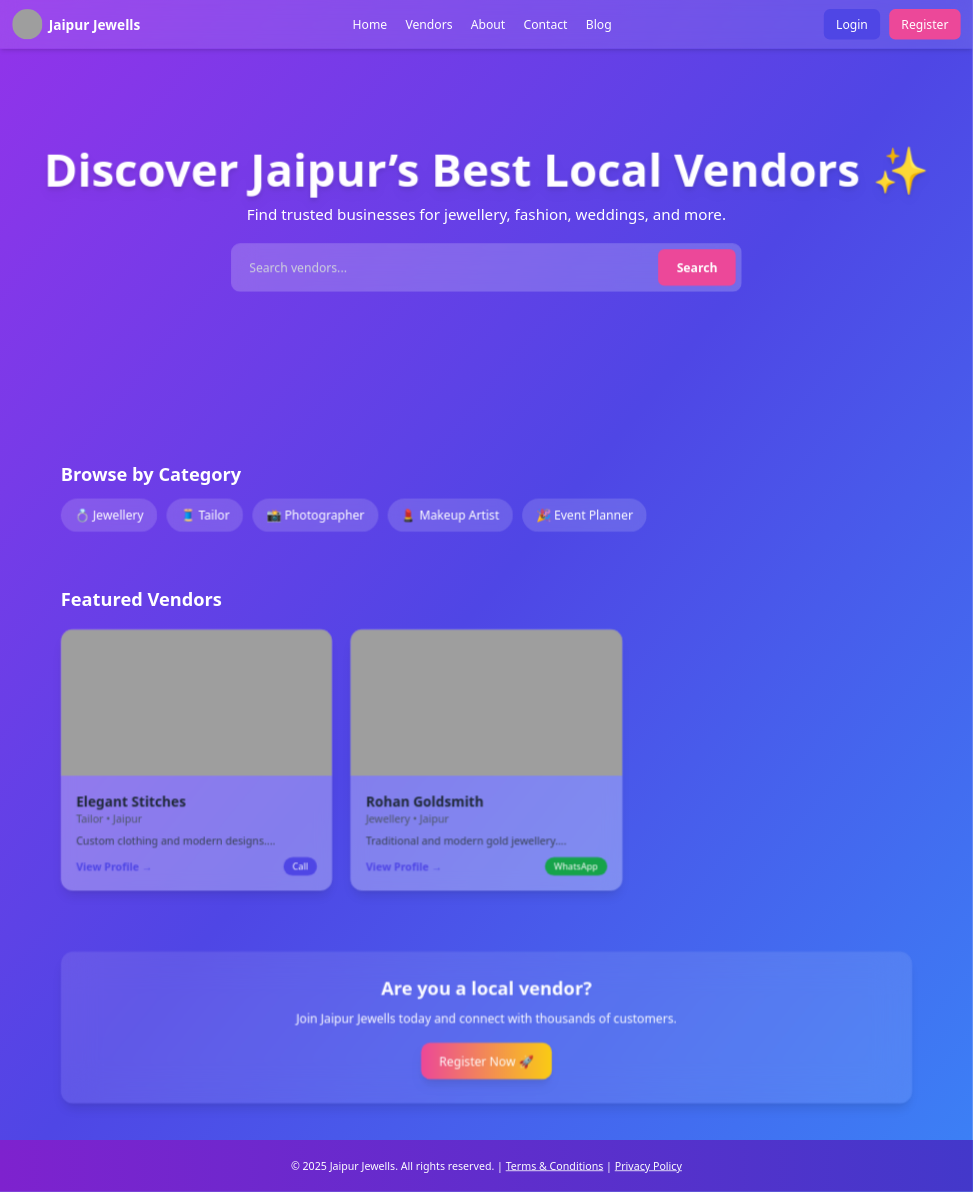
Repository: aayushtailor/VendorConnect
Page: index.html
An editor plug-in stored every save of this project. The page is shown before and after the next save, followed by the edit.
The browser window is 1280 px wide. The pictures show the whole page, at 76% of full size.
Pictures or frames that could not be fetched are drawn as grey boxes. Some web libraries are served in a nearby version.

Above is the page before, as saved 2025-09-20 12:01:48.
Console error: TypeError: Cannot set properties of null (setting 'onclick')

### index.html
<!doctype html>
<html lang="en">
<head>
  <meta charset="utf-8" />
  <meta name="viewport" content="width=device-width, initial-scale=1" />
  <title>Jaipur Jewells — Trendy Vendor Directory</title>
  <script src="https://cdn.tailwindcss.com"></script>
  <link href="https://unpkg.com/aos@2.3.1/dist/aos.css" rel="stylesheet">
  <script src="https://unpkg.com/aos@2.3.1/dist/aos.js"></script>
  <link rel="stylesheet" href="styles.css">
</head>
<body class="bg-gradient-to-br from-purple-600 via-indigo-600 to-blue-500 text-white">

 <!-- Navbar -->
<!-- Navbar -->
<nav class="fixed top-0 left-0 w-full z-50 bg-white/10 backdrop-blur-md shadow-md">
  <div class="max-w-7xl mx-auto px-4 py-3 flex justify-between items-center">
    <!-- Logo -->
    <div class="flex items-center gap-2">
      <img src="logo.png" alt="Logo" class="w-10 h-10 rounded-full">
      <span class="font-bold text-lg text-white">Jaipur Jewells</span>
    </div>

    <!-- Desktop Links -->
    <div class="hidden md:flex items-center gap-6 text-white font-medium">
      <a href="index.html" class="hover:text-pink-300">Home</a>
      <a href="index.html#vendorsGrid" class="hover:text-pink-300">Vendors</a>
      <a href="about.html" class="hover:text-pink-300">About</a>
      <a href="contact.html" class="hover:text-pink-300">Contact</a>
      <a href="blog.html" class="hover:text-pink-300">Blog</a>
    </div>

    <!-- CTA -->
    <div class="flex items-center gap-3">
      <a href="login.html" class="hidden md:block px-4 py-2 bg-indigo-600 text-white rounded-lg hover:bg-indigo-700">Login</a>
      <a href="register.html" class="hidden md:block px-4 py-2 bg-pink-500 text-white rounded-lg hover:bg-pink-600">Register</a>
      <!-- Hamburger for Mobile -->
      <button id="menuBtn" class="md:hidden flex flex-col gap-1">
        <span class="w-6 h-0.5 bg-white"></span>
        <span class="w-6 h-0.5 bg-white"></span>
        <span class="w-6 h-0.5 bg-white"></span>
      </button>
    </div>
  </div>
</nav>

<!-- Mobile Menu -->
<div id="mobileMenu" class="fixed inset-0 bg-black/70 backdrop-blur-md z-40 hidden">
  <div class="absolute top-0 right-0 w-64 h-full bg-white/90 text-gray-900 shadow-lg p-6 flex flex-col">
    <button id="closeMenu" class="self-end mb-6 text-2xl font-bold text-gray-700">&times;</button>
    <a href="index.html" class="mb-4 text-lg font-semibold hover:text-pink-500">Home</a>
    <a href="index.html#vendorsGrid" class="mb-4 text-lg font-semibold hover:text-pink-500">Vendors</a>
    <a href="about.html" class="mb-4 text-lg font-semibold hover:text-pink-500">About</a>
    <a href="contact.html" class="mb-4 text-lg font-semibold hover:text-pink-500">Contact</a>
    <a href="blog.html" class="mb-6 text-lg font-semibold hover:text-pink-500">Blog</a>
    <a href="login.html" class="mb-3 px-4 py-2 bg-indigo-600 text-white rounded-lg text-center hover:bg-indigo-700">Login</a>
    <a href="register.html" class="px-4 py-2 bg-pink-500 text-white rounded-lg text-center hover:bg-pink-600">Register</a>
  </div>
</div>


<!-- Mobile Menu -->
<div id="mobileMenu" class="fixed inset-0 bg-black/70 backdrop-blur-md z-40 hidden">
  <div class="absolute top-0 right-0 w-64 h-full bg-white/90 text-gray-900 shadow-lg p-6 flex flex-col">
    <button id="closeMenu" class="self-end mb-6 text-2xl font-bold text-gray-700">&times;</button>
    <a href="index.html" class="mb-4 text-lg font-semibold hover:text-pink-500">Home</a>
    <a href="#vendorsGrid" class="mb-4 text-lg font-semibold hover:text-pink-500">Vendors</a>
    <a href="about.html" class="mb-4 text-lg font-semibold hover:text-pink-500">About</a>
    <a href="contact.html" class="mb-6 text-lg font-semibold hover:text-pink-500">Contact</a>
    <a href="login.html" class="mb-3 px-4 py-2 bg-indigo-600 text-white rounded-lg text-center hover:bg-indigo-700">Login</a>
    <a href="register.html" class="px-4 py-2 bg-pink-500 text-white rounded-lg text-center hover:bg-pink-600">Register</a>
  </div>
</div>


  <!-- Hero Section -->
  <section class="relative h-[80vh] flex flex-col justify-center items-center text-center px-4">
    <h1 data-aos="fade-up" class="text-4xl md:text-6xl font-extrabold mb-4 drop-shadow-lg">
      Discover Jaipur’s Best Local Vendors ✨
    </h1>
    <p data-aos="fade-up" data-aos-delay="200" class="text-lg md:text-xl mb-6">
      Find trusted businesses for jewellery, fashion, weddings, and more.
    </p>
    <div data-aos="fade-up" data-aos-delay="400" class="flex w-full max-w-2xl bg-white/20 backdrop-blur-lg rounded-xl p-2">
      <input id="searchInput" placeholder="Search vendors..." class="flex-1 bg-transparent px-4 py-3 text-white placeholder-gray-300 focus:outline-none" />
      <button id="searchBtn" class="px-6 py-3 bg-pink-500 hover:bg-pink-600 rounded-lg text-white font-semibold">
        Search
      </button>
    </div>
  </section>

  <!-- Categories -->
  <section class="max-w-6xl mx-auto px-4 py-8">
    <h2 class="text-2xl font-bold mb-4">Browse by Category</h2>
    <div class="flex gap-3 overflow-x-auto pb-2">
      <div class="category-chip">💍 Jewellery</div>
      <div class="category-chip">🧵 Tailor</div>
      <div class="category-chip">📸 Photographer</div>
      <div class="category-chip">💄 Makeup Artist</div>
      <div class="category-chip">🎉 Event Planner</div>
    </div>
  </section>

  <!-- Vendors Section -->
  <section class="max-w-6xl mx-auto px-4 py-8">
    <h2 class="text-2xl font-bold mb-6">Featured Vendors</h2>
    <div id="vendorsGrid" class="grid grid-cols-1 sm:grid-cols-2 lg:grid-cols-3 gap-6"></div>
    <p id="noResults" class="text-center text-gray-200 mt-8 hidden">No vendors found.</p>
  </section>

  <!-- CTA Banner -->
  <section class="max-w-6xl mx-auto px-4 py-12 text-center">
    <div class="bg-white/10 backdrop-blur-xl rounded-2xl p-8 shadow-lg">
      <h3 class="text-2xl font-bold mb-3">Are you a local vendor?</h3>
      <p class="mb-5">Join Jaipur Jewells today and connect with thousands of customers.</p>
      <a href="register.html" class="px-6 py-3 bg-gradient-to-r from-pink-500 to-yellow-400 text-white rounded-xl shadow-lg hover:scale-105 transition inline-block">
        Register Now 🚀
      </a>
    </div>
  </section>

  <!-- Footer -->
<footer class="bg-gradient-to-r from-purple-700 to-indigo-700 text-center py-6">
  <p class="text-sm">
    &copy; 2025 Jaipur Jewells. All rights reserved. |
    <a href="terms.html" class="underline hover:text-yellow-300">Terms & Conditions</a> |
    <a href="privacy.html" class="underline hover:text-yellow-300">Privacy Policy</a>
  </p>
</footer>


  <!-- JS -->
  <script src="app.js"></script>
  <script>AOS.init({ duration: 800, once: true });</script>
</body>
</html>

### styles.css
.category-chip {
  background: rgba(255,255,255,0.15);
  backdrop-filter: blur(10px);
  padding: 10px 18px;
  border-radius: 9999px;
  font-weight: 500;
  white-space: nowrap;
  transition: 0.2s;
}
.category-chip:hover {
  background: rgba(255,255,255,0.25);
  cursor: pointer;
}

### app.js
// Dummy Vendors (later connect to Flask API)
const dummyVendors = [
  { id: 1, name: "Aayush Tailor", business_name: "Elegant Stitches", category: "Tailor", city: "Jaipur", description: "Custom clothing and modern designs.", phone: "9998887777" },
  { id: 2, name: "Rohan Jewels", business_name: "Rohan Goldsmith", category: "Jewellery", city: "Jaipur", description: "Traditional and modern gold jewellery.", whatsapp: "9995554444" }
];

// Create vendor card
function makeCard(v){
  const name = v.business_name ? v.business_name : (v.name || "Unnamed Vendor");
  const category = v.category || "Uncategorized";
  const city = v.city || "Jaipur";
  const desc = v.description ? v.description.slice(0, 90) : "No description available";

  return `
    <div data-aos="fade-up"
         class="bg-white/30 backdrop-blur-md rounded-2xl overflow-hidden shadow-lg hover:shadow-xl transform hover:scale-[1.02] transition duration-300">
      <img src="placeholder.jpg" class="w-full h-48 object-cover" alt="${name}" />
      <div class="p-5 text-gray-900">
        <h3 class="text-lg font-bold text-gray-800">${name}</h3>
        <p class="text-sm text-gray-600 mb-2">${category} • ${city}</p>
        <p class="text-sm text-gray-700 mb-3">${desc}...</p>
        <div class="flex justify-between items-center">
          <a href="vendor.html?id=${v.id}"
             class="text-sm font-semibold text-indigo-600 hover:text-indigo-800">
             View Profile →
          </a>
          <div class="flex gap-2">
            ${v.phone ? `<a href="tel:${v.phone}" class="text-xs px-3 py-1 bg-indigo-600 text-white rounded-full hover:bg-indigo-700 transition">Call</a>` : ''}
            ${v.whatsapp ? `<a href="https://wa.me/${v.whatsapp}" target="_blank" class="text-xs px-3 py-1 bg-green-600 text-white rounded-full hover:bg-green-700 transition">WhatsApp</a>` : ''}
          </div>
        </div>
      </div>
    </div>
  `;
}

// Render vendors
function render(){
  const grid = document.getElementById('vendorsGrid');
  const search = document.getElementById('searchInput').value.toLowerCase();
  const filtered = dummyVendors.filter(v=>{
    const text = `${v.business_name} ${v.name} ${v.category} ${v.city}`.toLowerCase();
    return (!search || text.includes(search));
  });

  grid.innerHTML = filtered.map(makeCard).join('');
  document.getElementById('noResults').classList.toggle('hidden', filtered.length>0);
  AOS.refresh();
}

// Events
document.addEventListener('DOMContentLoaded', ()=>{
  render();
  document.getElementById('searchBtn').onclick = render;
  document.getElementById('searchInput').onkeyup = (e)=>{ if(e.key==='Enter') render(); };

  document.getElementById('openRegister').onclick = ()=> alert("Registration form coming soon!");
});
// Navbar Mobile Menu
document.addEventListener("DOMContentLoaded", () => {
  const menuBtn = document.getElementById("menuBtn");
  const closeMenu = document.getElementById("closeMenu");
  const mobileMenu = document.getElementById("mobileMenu");

  if(menuBtn && closeMenu && mobileMenu){
    menuBtn.addEventListener("click", () => {
      mobileMenu.classList.remove("hidden");
    });
    closeMenu.addEventListener("click", () => {
      mobileMenu.classList.add("hidden");
    });
  }

  // Mobile Register button
  const mobileRegister = document.getElementById("mobileRegister");
  if(mobileRegister){
    mobileRegister.addEventListener("click", () => {
      alert("Registration form coming soon!");
      mobileMenu.classList.add("hidden");
    });
  }
});

After the next save:
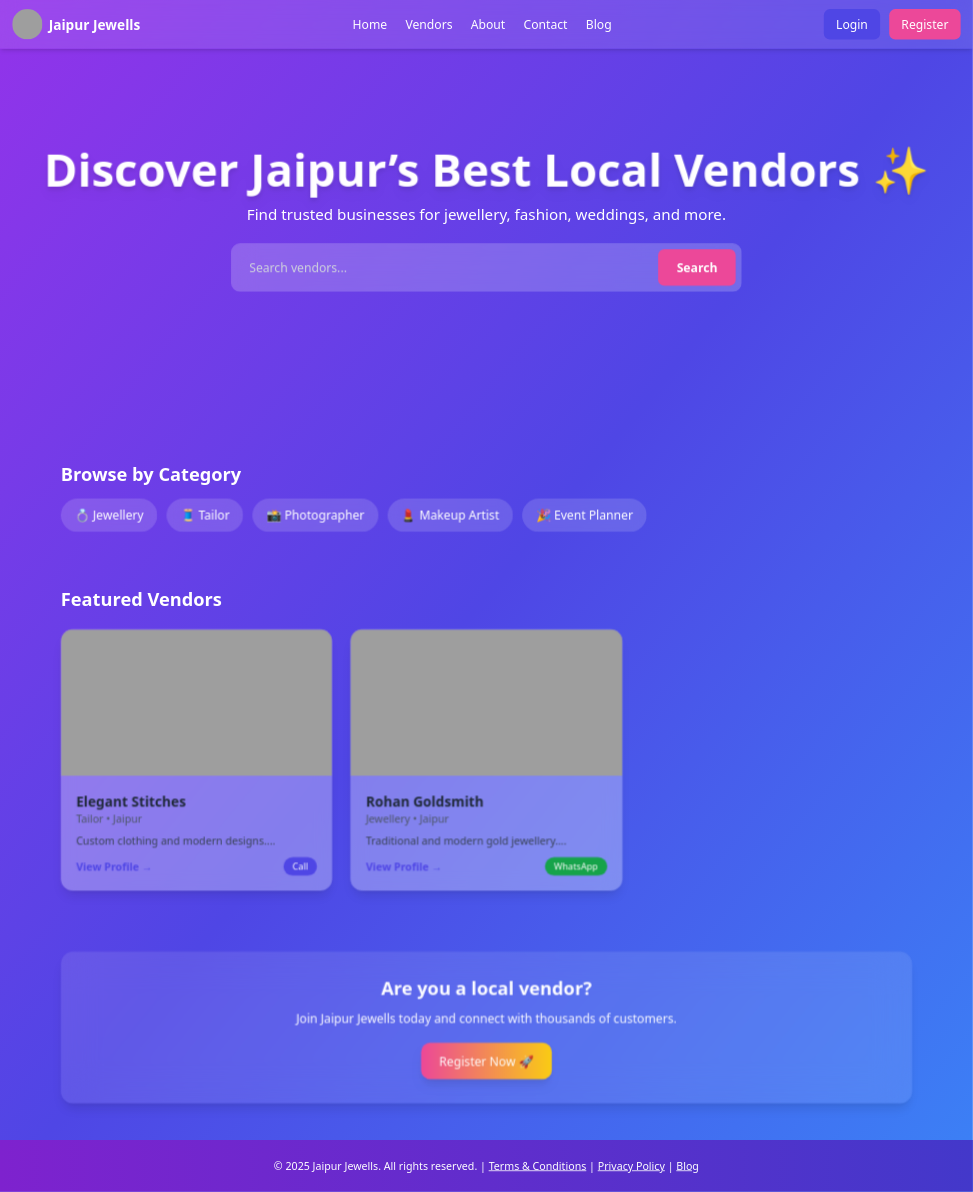
Saved 45 s later.
--- a/index.html
+++ b/index.html
@@ -119,14 +119,16 @@
     </div>
   </section>
 
-  <!-- Footer -->
+ <!-- Footer -->
 <footer class="bg-gradient-to-r from-purple-700 to-indigo-700 text-center py-6">
   <p class="text-sm">
     &copy; 2025 Jaipur Jewells. All rights reserved. |
     <a href="terms.html" class="underline hover:text-yellow-300">Terms & Conditions</a> |
-    <a href="privacy.html" class="underline hover:text-yellow-300">Privacy Policy</a>
+    <a href="privacy.html" class="underline hover:text-yellow-300">Privacy Policy</a> |
+    <a href="blog.html" class="underline hover:text-yellow-300">Blog</a>
   </p>
 </footer>
+
 
 
   <!-- JS -->
